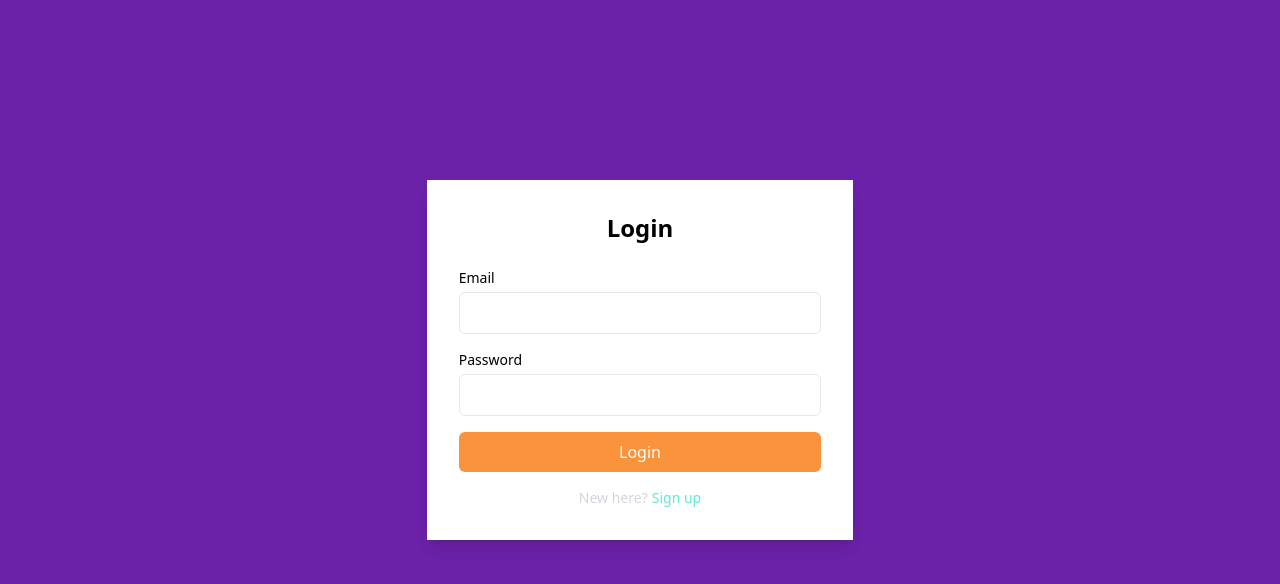
Repository: alizey12/POS-React-website
Page: /
An editor plug-in stored every save of this project. The page is shown before and after a run of saves, followed by the edit.
The browser window is 1280 px wide. The pictures show the whole page.
The project was rebuilt for these pictures with package versions that can differ from the ones it lists, and the page was loaded fresh each time. Also part of the build but not shown: vite.config.js, src/navbar.jsx, src/sidebar.jsx, src/Dashboard.jsx.

Above is the page before, as saved 2024-12-30 22:51:38.

### src/App.jsx
import { BrowserRouter as Router, Routes, Route } from 'react-router-dom';
import LoginPage from "./login"
import Dashboard from './Dashboard';

function App() {
  return (
    <Router>
      <Routes>
        <Route path="/" element={<LoginPage />} />
        <Route path="/dashboard" element={<Dashboard />} />
      </Routes>
    </Router>
  );
}

export default App;

### src/login.jsx
import { useState } from 'react';
import toast, { Toaster } from 'react-hot-toast';
import { useNavigate } from 'react-router-dom';

const SignupLogin = () => {
  const [isLogin, setIsLogin] = useState(true);
  const [formData, setFormData] = useState({
    email: '',
    password: '',
    confirmPassword: '',
  });
  const [errors, setErrors] = useState({});
  const [storedUser, setStoredUser] = useState(null);
  const navigate = useNavigate();

  const toggleForm = () => setIsLogin(!isLogin);

  const handleChange = (e) => {
    const { name, value } = e.target;
    setFormData({ ...formData, [name]: value });
    setErrors({ ...errors, [name]: '' }); // Clear error on change
  };

  const validateForm = () => {
    const newErrors = {};
    if (!formData.email) newErrors.email = 'Please enter email';
    if (!formData.password) newErrors.password = 'Please enter password';
    if (!isLogin && formData.password !== formData.confirmPassword) {
      newErrors.confirmPassword = 'Passwords do not match';
    }
    setErrors(newErrors);
    return Object.keys(newErrors).length === 0;
  };

  const handleSubmit = (e) => {
    e.preventDefault();
    if (!validateForm()) return;

    const { email, password } = formData;

    if (isLogin) {
      if (storedUser && email === storedUser.email && password === storedUser.password) {
        toast.success('Login successful!');
        setTimeout(() => navigate('/dashboard'), 1500);
      } else {
        toast.error('Your email or password is incorrect. Please try again.');
      }
    } else {
      setStoredUser({ email, password });
      toast.success('Signup successful!');
      setTimeout(() => setIsLogin(true), 1500);
    }
  };

  return (
    <div className="flex items-center justify-center min-h-screen  bg-purple-800 to-yellow-500">
      <div className=" bg-white w-1/3 shadow-lg rounded-lg">

        <div className="w-full bg-white p-8 justify-center">
          <h2 className="text-2xl font-bold text-center ">
            {isLogin ? 'Login' : 'Sign Up'}
          </h2>
          <form onSubmit={handleSubmit} className="mt-6 space-y-4">
            <div>
              <label className="block text-sm font-medium ">Email</label>
              <input
                type="email"
                name="email"
                value={formData.email}
                onChange={handleChange}
                className="mt-1 block w-full p-2 border rounded-md focus:outline-none focus:ring-blue-500 focus:border-blue-500"
              />
              {errors.email && <p className="text-red-500 text-sm mt-1">{errors.email}</p>}
            </div>
            <div>
              <label className="block text-sm font-medium ">Password</label>
              <input
                type="password"
                name="password"
                value={formData.password}
                onChange={handleChange}
                className="mt-1 block w-full p-2 border rounded-md focus:outline-none focus:ring-blue-500 focus:border-blue-500"
              />
              {errors.password && <p className="text-red-500 text-sm mt-1">{errors.password}</p>}
            </div>
            {!isLogin && (
              <div>
                <label className="block text-sm font-medium ">Confirm Password</label>
                <input
                  type="password"
                  name="confirmPassword"
                  value={formData.confirmPassword}
                  onChange={handleChange}
                  className="mt-1 block w-full p-2 border rounded-md focus:outline-none focus:ring-blue-500 focus:border-blue-500"
                />
                {errors.confirmPassword && <p className="text-red-500 text-sm mt-1">{errors.confirmPassword}</p>}
              </div>
            )}
            <button
              type="submit"
              className="w-full bg-orange-400 text-white p-2 rounded-md hover:bg-amber-300 focus:outline-none focus:ring-2 focus:ring-blue-500 focus:ring-offset-2"
            >
              {isLogin ? 'Login' : 'Sign Up'}
            </button>
          </form>
          <p className="text-center text-sm text-gray-300 mt-4">
            {isLogin ? 'New here?' : 'Already have an account?'}
            <button
              type="button"
              onClick={toggleForm}
              className="ml-1 text-teal-300 hover:underline"
            >
              {isLogin ? 'Sign up' : 'Login'}
            </button>
          </p>
        </div>
      </div>
      <Toaster />
    </div>
  );
};

export default SignupLogin;

Loaded but not shown: index.html (common file); src/main.jsx (common file); src/index.css (common file); tailwind.config.js (common file)

After the next 3 saves:
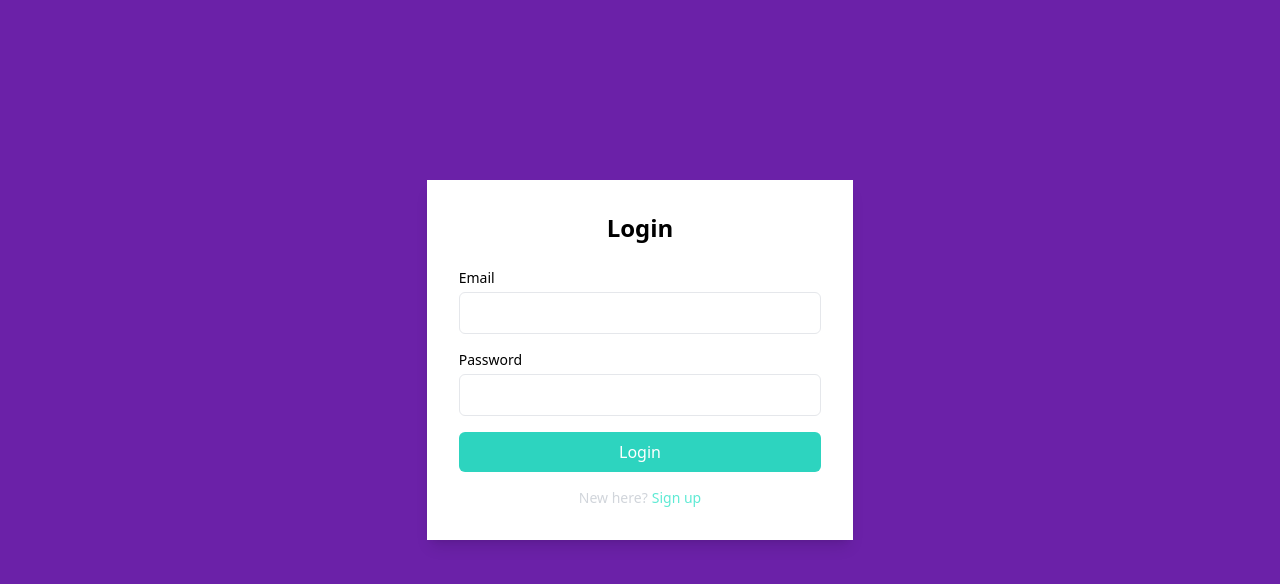
The 3 saves are shown as one change because they came seconds apart.
The last was saved 88 s later.
--- a/src/login.jsx
+++ b/src/login.jsx
@@ -98,7 +98,7 @@ const SignupLogin = () => {
             )}
             <button
               type="submit"
-              className="w-full bg-orange-400 text-white p-2 rounded-md hover:bg-amber-300 focus:outline-none focus:ring-2 focus:ring-blue-500 focus:ring-offset-2"
+              className="w-full bg-teal-400 text-white p-2 rounded-md hover:bg-amber-300 focus:outline-none focus:ring-2 focus:ring-blue-500 focus:ring-offset-2"
             >
               {isLogin ? 'Login' : 'Sign Up'}
             </button>
